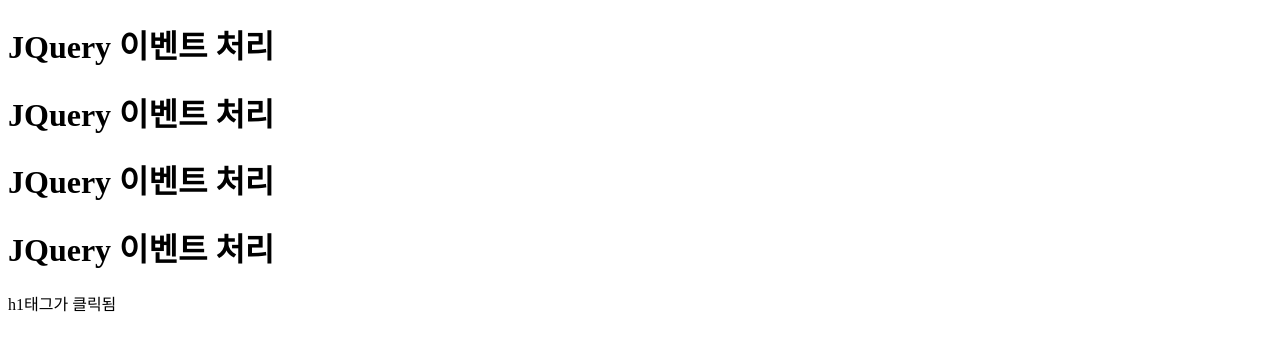
Repository: KangSuA/JSP
Page: webApp/src/main/webapp/jquery/jq09_event.html
The author's editor kept a copy of each file at every save. The page is drawn from the files as they stood at one save, then again after the next save.
The browser window is 1280 px wide. The pictures show the whole page.
After loading, the first visible `h1` was clicked once.

Above is the page before, as saved 2023-02-15 01:24:29.

After the next save:
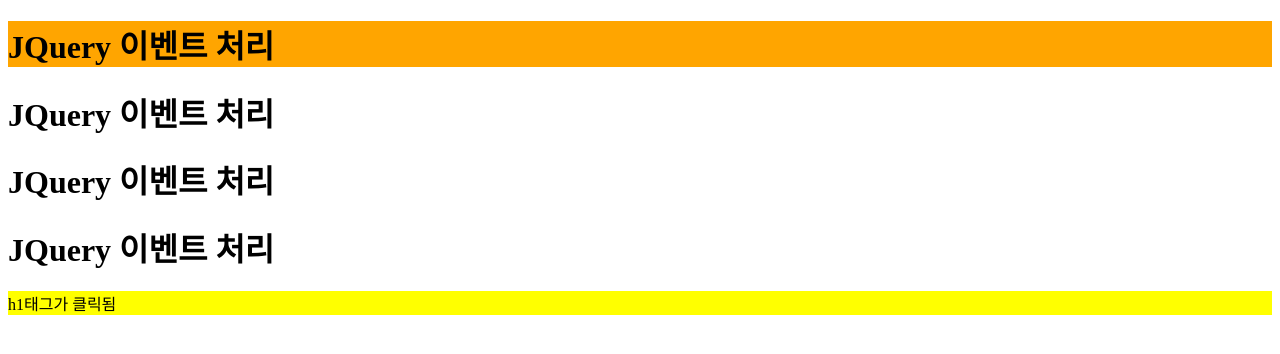
Saved 4 min 8 s later.
--- a/webApp/src/main/webapp/jquery/jq09_event.html
+++ b/webApp/src/main/webapp/jquery/jq09_event.html
@@ -11,6 +11,9 @@
 
 		$('h1').click(function(){
 			$('div').append('h1태그가 클릭됨<br/>');
+
+			//this:이벤트가 발생한 h1태그
+			$(this).css('background-color','orange');
 		});
 	});
 </script>
@@ -20,6 +23,6 @@
 	<h1 id='h'>JQuery 이벤트 처리</h1>
 	<h1>JQuery 이벤트 처리</h1>
 	<h1>JQuery 이벤트 처리</h1>
-	<div></div>
+	<div style="background-color:yellow"></div>
 </body>
 </html>
